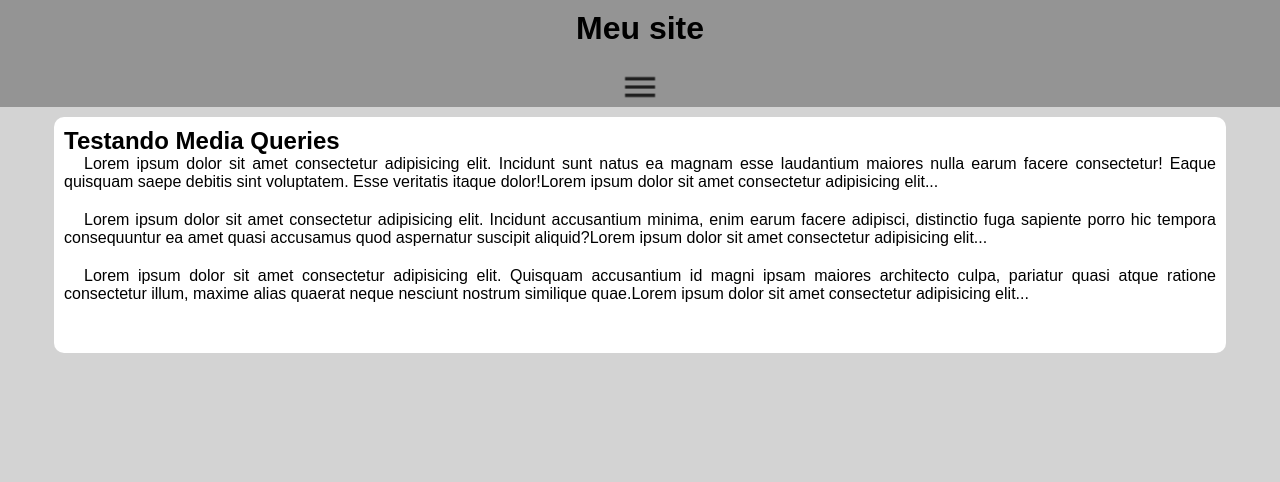
Repository: Sandro1969-tech/menu-hamburger
Page: index.html
These files come from the project's save history. The page is drawn as it stood at one moment and after a run of saves; the edit follows.
The browser window is 1280 px wide. The pictures show the whole page.

Above is the page before, as saved 2025-12-25 19:31:48.

### index.html
<!DOCTYPE html>
<html lang="pt-br">
<head>
  <meta charset="UTF-8">
  <meta name="viewport" content="width=device-width, initial-scale=1.0">
  <title>Media Queries</title>
  <link rel="stylesheet" href="style.css">
  <style>
    .menu-icon {
      display: block;          /* transforma em bloco */
      margin: 10px auto;       /* centraliza horizontalmente */
      width: 40px;             /* ajuste o tamanho */
      cursor: pointer;
    }
    .menu-icon:hover {
      filter: invert(100%);    /* efeito simples de hover */
    }
    header h1 {
      text-align: center;
    }
    /* Menu escondido por padrão */
    #itens {
      display: none;
    }
  </style>
</head>
<body>
  <header>
    <h1>Meu site</h1>
    <!-- Ícone chama a função -->
    <img src="image/iconmenu.png" alt="Menu" class="menu-icon" onclick="clickMenu()">

    <!-- Menu com id para o JS -->
    <menu id="itens">
      <ul>
        <li><a href="#">Opção 1</a></li>
        <li><a href="#">Opção 2</a></li>
        <li><a href="#">Opção 3</a></li>
        <li><a href="#">Opção 4</a></li>
        <li><a href="#">Opção 5</a></li>
      </ul>
    </menu>
  </header>

  <main>
    <article>
      <h2>Testando Media Queries</h2>
      <p>Lorem ipsum dolor sit amet consectetur adipisicing elit. Incidunt sunt natus ea magnam esse laudantium maiores nulla earum facere consectetur! Eaque quisquam saepe debitis sint voluptatem. Esse veritatis itaque dolor!Lorem ipsum dolor sit amet consectetur adipisicing elit...</p>
      <p>Lorem ipsum dolor sit amet consectetur adipisicing elit. Incidunt accusantium minima, enim earum facere adipisci, distinctio fuga sapiente porro hic tempora consequuntur ea amet quasi accusamus quod aspernatur suscipit aliquid?Lorem ipsum dolor sit amet consectetur adipisicing elit...</p>
      <p>Lorem ipsum dolor sit amet consectetur adipisicing elit. Quisquam accusantium id magni ipsam maiores architecto culpa, pariatur quasi atque ratione consectetur illum, maxime alias quaerat neque nesciunt nostrum similique quae.Lorem ipsum dolor sit amet consectetur adipisicing elit...</p>
    </article>
  </main>

  <!-- Script corrigido -->
  <script>
    function clickMenu() {
      const itens = document.getElementById('itens');
      if (itens.style.display === 'block') {
        itens.style.display = 'none';
      } else {
        itens.style.display = 'block';
      }
    }
  </script>
</body>
</html>

### style.css
@charset "UTF-8";

* {
    font-family: Arial, Helvetica, sans-serif;
    margin: 0;
    padding: 0;
}

body, html {
    background-color: lightgrey;
}

header {
    background-color: rgb(148, 148, 148);
}

header > h1 {
    padding: 10px;
    text-align: center;
}

h1 {
    padding: 10px;
    text-align: center;
}

menu {
    display: block;
}

menu > ul {
    list-style-type: none;
}

menu a {
    display: block;
    padding: 10px;
    text-decoration: none;
    background-color: rgb(87,87,87); /* corrigido */
    text-align: center;
    color: white;
    border-top: 2px solid grey;
}

menu > ul > li:hover a {
    background-color: rgba(119, 136, 153, 0.459);
}

main {
    width: 90vw;
    background-color: white;
    margin: auto;
    margin-top: 10px;
    padding: 10px;
    border-radius: 10px;
}

article {
    padding-bottom: 20px;
}

article > p {
    text-align: justify;
    margin-bottom: 20px;
    text-indent: 20px; /* corrigido */
}

After the next 6 saves:
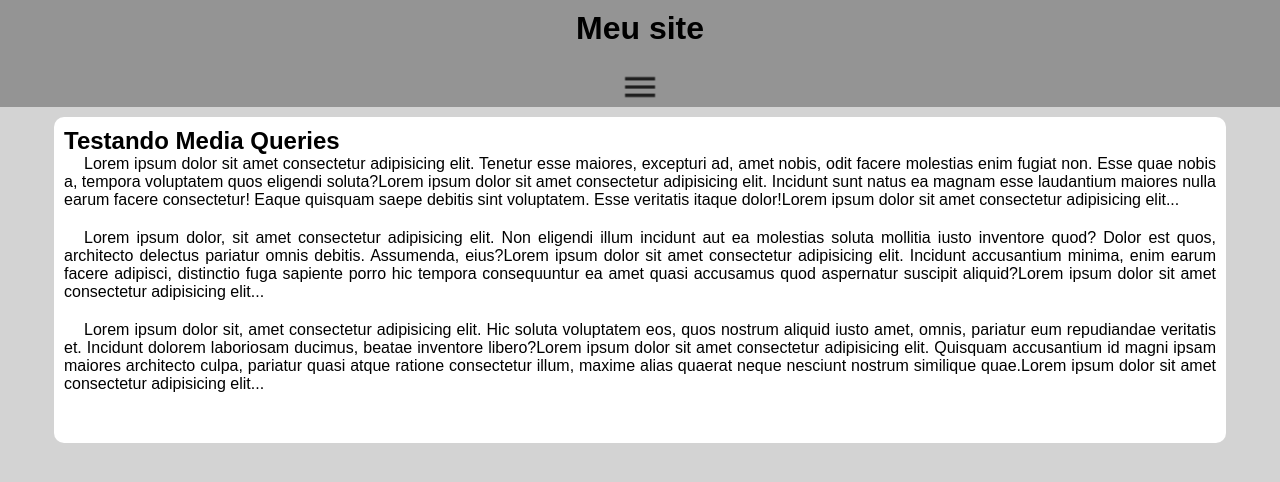
The 6 saves are shown as one change because they came seconds apart.
The last was saved 17 s later.
--- a/index.html
+++ b/index.html
@@ -45,9 +45,9 @@
   <main>
     <article>
       <h2>Testando Media Queries</h2>
-      <p>Lorem ipsum dolor sit amet consectetur adipisicing elit. Incidunt sunt natus ea magnam esse laudantium maiores nulla earum facere consectetur! Eaque quisquam saepe debitis sint voluptatem. Esse veritatis itaque dolor!Lorem ipsum dolor sit amet consectetur adipisicing elit...</p>
-      <p>Lorem ipsum dolor sit amet consectetur adipisicing elit. Incidunt accusantium minima, enim earum facere adipisci, distinctio fuga sapiente porro hic tempora consequuntur ea amet quasi accusamus quod aspernatur suscipit aliquid?Lorem ipsum dolor sit amet consectetur adipisicing elit...</p>
-      <p>Lorem ipsum dolor sit amet consectetur adipisicing elit. Quisquam accusantium id magni ipsam maiores architecto culpa, pariatur quasi atque ratione consectetur illum, maxime alias quaerat neque nesciunt nostrum similique quae.Lorem ipsum dolor sit amet consectetur adipisicing elit...</p>
+      <p>Lorem ipsum dolor sit amet consectetur adipisicing elit. Tenetur esse maiores, excepturi ad, amet nobis, odit facere molestias enim fugiat non. Esse quae nobis a, tempora voluptatem quos eligendi soluta?Lorem ipsum dolor sit amet consectetur adipisicing elit. Incidunt sunt natus ea magnam esse laudantium maiores nulla earum facere consectetur! Eaque quisquam saepe debitis sint voluptatem. Esse veritatis itaque dolor!Lorem ipsum dolor sit amet consectetur adipisicing elit...</p>
+      <p>Lorem ipsum dolor, sit amet consectetur adipisicing elit. Non eligendi illum incidunt aut ea molestias soluta mollitia iusto inventore quod? Dolor est quos, architecto delectus pariatur omnis debitis. Assumenda, eius?Lorem ipsum dolor sit amet consectetur adipisicing elit. Incidunt accusantium minima, enim earum facere adipisci, distinctio fuga sapiente porro hic tempora consequuntur ea amet quasi accusamus quod aspernatur suscipit aliquid?Lorem ipsum dolor sit amet consectetur adipisicing elit...</p>
+      <p>Lorem ipsum dolor sit, amet consectetur adipisicing elit. Hic soluta voluptatem eos, quos nostrum aliquid iusto amet, omnis, pariatur eum repudiandae veritatis et. Incidunt dolorem laboriosam ducimus, beatae inventore libero?Lorem ipsum dolor sit amet consectetur adipisicing elit. Quisquam accusantium id magni ipsam maiores architecto culpa, pariatur quasi atque ratione consectetur illum, maxime alias quaerat neque nesciunt nostrum similique quae.Lorem ipsum dolor sit amet consectetur adipisicing elit...</p>
     </article>
   </main>
 
